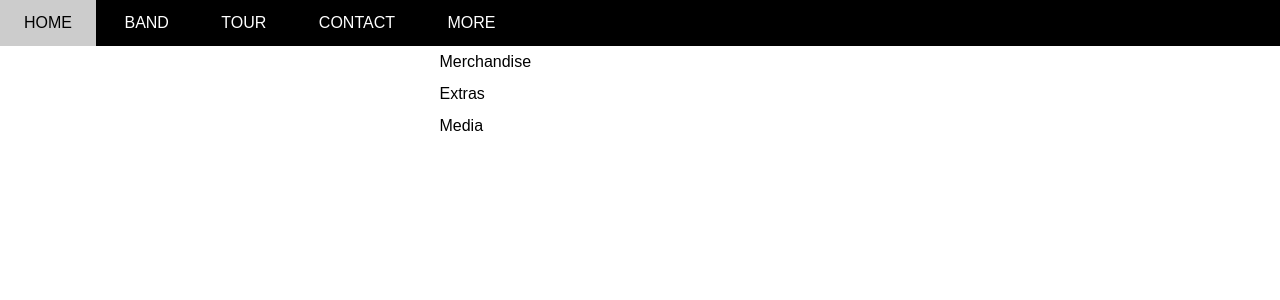
Repository: minhnguyennn/w3_band_music
Page: index.html
These files come from the project's save history. The page is drawn as it stood at one moment and after a run of saves; the edit follows.
The browser window is 1280 px wide. The pictures show the whole page.

Above is the page before, as saved 2023-02-17 18:24:56.

After the next 3 saves:
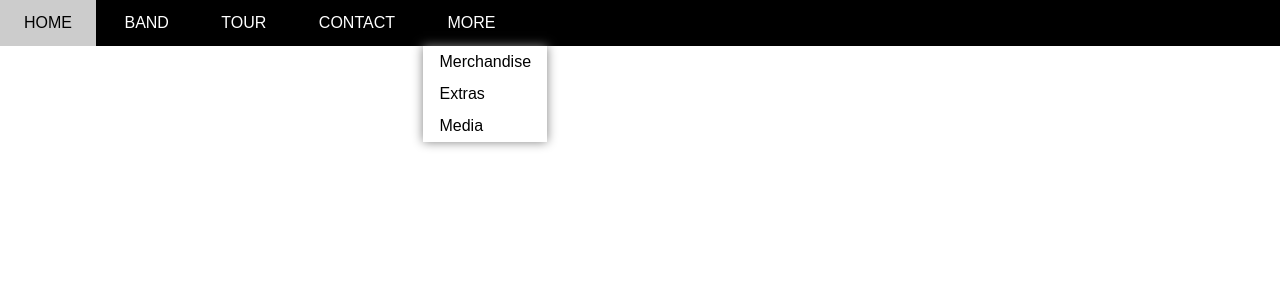
The 3 saves are shown as one change because they came seconds apart.
The last was saved 9 s later.
--- a/assets/css/style.css
+++ b/assets/css/style.css
@@ -51,7 +51,7 @@
    /* display: none; */
    position: absolute;
    background-color: #fff;
-   box-shadow: 0 0 10px #gre;
+   box-shadow: 0 0 10px gray;
 }
 
 #nav .subnav a {
